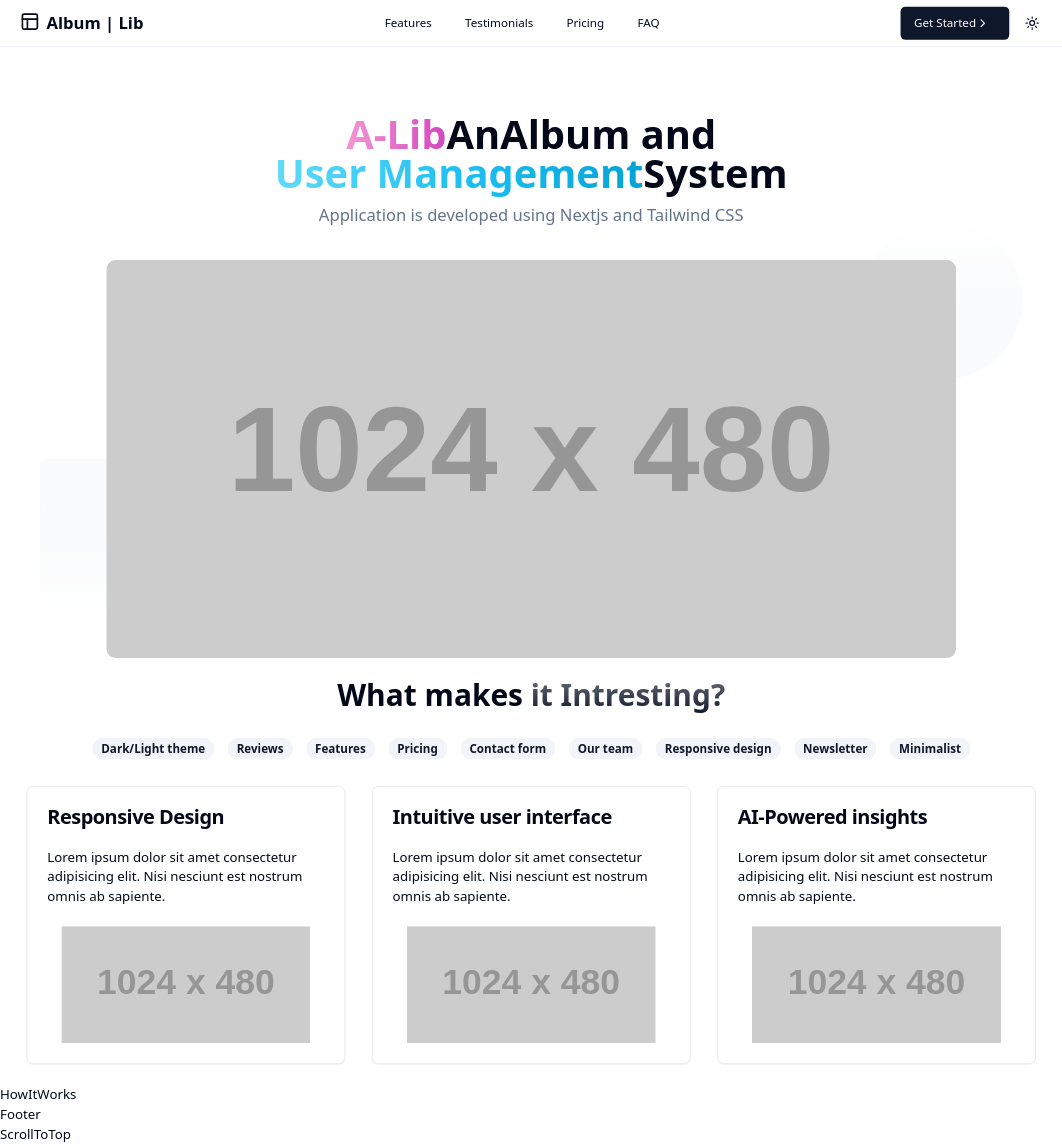
Repository: DevLaukey/savannah-informatics-test
Page: /
These files come from the project's save history. The page is drawn as it stood at one moment and after the next save; the edit follows.
The browser window is 1280 px wide. The pictures show the whole page, at 83% of full size.
The project was rebuilt for these pictures with package versions that can differ from the ones it lists, and the page was loaded fresh each time. The framework's server and built-in components were replaced by stand-ins that run in the browser. Also part of the build but not shown: next.config.mjs.

Above is the page before, as saved 2024-06-04 22:26:21.

### app/layout.jsx
import "./globals.css";
import { Inter as FontSans } from "next/font/google";

import { cn } from "@/lib/utils";
import { ThemeProvider } from "@/lib/theme-provider";

const fontSans = FontSans({
  subsets: ["latin"],
  variable: "--font-sans",
});

export default function RootLayout({ children }) {
  return (
    <html lang="en" suppressHydrationWarning>
      <head />
      <body
        className={cn(
          "min-h-screen bg-background font-sans antialiased",
          fontSans.variable
        )}
      >
        <ThemeProvider
          attribute="class"
          defaultTheme="system"
          enableSystem
          disableTransitionOnChange
        >
          {children}
        </ThemeProvider>
      </body>
    </html>
  );
}

### app/page.jsx
import Footer from "@/components/Footer";
import About from "@/components/landing-page/About";
import Hero from "@/components/landing-page/Hero";
import HowItWorks from "@/components/landing-page/HowItWorks";
import Navbar from "@/components/Navbar";
import ScrollToTop from "@/components/ScrollToTop";


// this is the landing page
export default function Home() {
  return (
    <>
      <Navbar />
      <Hero />
      <About />
      <HowItWorks />
      <Footer />
      <ScrollToTop />
    </>
  );
}

### components/landing-page/About.jsx
import { Badge } from "@/components/ui/badge";
import {
  Card,
  CardContent,
  CardFooter,
  CardHeader,
  CardTitle,
} from "@/components/ui/card";

const features = [
  {
    title: "Responsive Design",
    description:
      "Lorem ipsum dolor sit amet consectetur adipisicing elit. Nisi nesciunt est nostrum omnis ab sapiente.",
    image: "https://placehold.co/1024x480",
  },
  {
    title: "Intuitive user interface",
    description:
      "Lorem ipsum dolor sit amet consectetur adipisicing elit. Nisi nesciunt est nostrum omnis ab sapiente.",
    image: "https://placehold.co/1024x480",
  },
  {
    title: "AI-Powered insights",
    description:
      "Lorem ipsum dolor sit amet consectetur adipisicing elit. Nisi nesciunt est nostrum omnis ab sapiente.",
    image: "https://placehold.co/1024x480",
  },
];

const featureList = [
  "Dark/Light theme",
  "Reviews",
  "Features",
  "Pricing",
  "Contact form",
  "Our team",
  "Responsive design",
  "Newsletter",
  "Minimalist",
];

export const About = () => {
  return (
    <section id="features" className="container py-4 sm:py-6 space-y-8">
      <h2 className="text-3xl lg:text-4xl font-bold md:text-center">

        What makes {""}
        <span className="bg-gradient-to-b from-primary/60 to-primary text-transparent bg-clip-text">
          it Intresting?
        </span>
      </h2>

      <div className="flex flex-wrap md:justify-center gap-4">
        {featureList.map((feature) => (
          <div key={feature}>
            <Badge variant="secondary" className="text-sm">
              {feature}
            </Badge>
          </div>
        ))}
      </div>

      <div className="grid md:grid-cols-2 lg:grid-cols-3 gap-8">
        {features.map(({ title, description, image }) => (
          <Card key={title}>
            <CardHeader>
              <CardTitle>{title}</CardTitle>
            </CardHeader>

            <CardContent>{description}</CardContent>

            <CardFooter>
              <img
                src={image}
                alt="About feature"
                className="w-[200px] lg:w-[300px] mx-auto"
              />
            </CardFooter>
          </Card>
        ))}
      </div>
    </section>
  );
};

export default About;

### components/landing-page/Hero.jsx
const Hero = () => {
  return (
    <>
      {/* Hero */}
      <div className="relative overflow-hidden pt-14 lg:pt-20">
        <div className="container">
          <div className="max-w-2xl text-center mx-auto">
            <main className="text-3xl md:text-5xl font-bold">
              <h1 className="inline-block">
                <span className="inline bg-gradient-to-r from-[#F596D3] to-[#D247BF] text-transparent bg-clip-text">
                  A-Lib
                </span>
                An
              </h1>
              Album and
              <h2 className="inline-block">
                <span className="inline bg-gradient-to-r from-[#61DAFB] via-[#1fc0f1] to-[#03a3d7] text-transparent bg-clip-text">
                  User Management
                </span>
                System
              </h2>
            </main>

            <p className="mt-3 text-xl text-muted-foreground">
              Application is developed using Nextjs and Tailwind CSS
            </p>
          </div>
          <div className="mt-10 relative max-w-5xl mx-auto">
            <img
              src="https://placehold.co/1024x480"
              className="rounded-xl"
              alt="Image Description"
            />
            <div className="absolute bottom-12 -start-20 -z-[1] w-48 h-48 bg-gradient-to-b from-primary-foreground via-primary-foreground to-background p-px rounded-lg">
              <div className="w-48 h-48 rounded-lg bg-background/10" />
            </div>
            <div className="absolute -top-12 -end-20 -z-[1] w-48 h-48 bg-gradient-to-t from-primary-foreground via-primary-foreground to-background p-px rounded-full">
              <div className="w-48 h-48 rounded-full bg-background/10" />
            </div>
          </div>
        </div>
      </div>
      {/* End Hero */}
    </>
  );
};

export default Hero;

### components/landing-page/HowItWorks.jsx
import React from 'react'

function HowItWorks() {
  return (
    <div>HowItWorks</div>
  )
}

export default HowItWorks

### components/Navbar.jsx
"use client";
import React, { useState } from "react";
import {
  NavigationMenu,
  NavigationMenuItem,
  NavigationMenuList,
} from "@/components/ui/navigation-menu";
import {
  Sheet,
  SheetContent,
  SheetHeader,
  SheetTitle,
  SheetTrigger,
} from "@/components/ui/sheet";
import { Button, buttonVariants } from "./ui/button";
import { ChevronRight, Menu } from "lucide-react";
import ModeToggle from "./mode-toggle";
import { LogoIcon } from "./Icons";

const routeList = [
  {
    href: "#features",
    label: "Features",
  },
  {
    href: "#testimonials",
    label: "Testimonials",
  },
  {
    href: "#pricing",
    label: "Pricing",
  },
  {
    href: "#faq",
    label: "FAQ",
  },
];

const Navbar = () => {
  const [isOpen, setIsOpen] = useState(false);
  return (
    <header className="sticky border-b-[1px] top-0 z-40 w-full bg-white dark:border-b-slate-700 dark:bg-background">
      <NavigationMenu className="mx-auto">
        <NavigationMenuList className="container h-14 px-4 w-screen flex justify-between">
          <NavigationMenuItem className="font-bold flex">
            <a
              rel="noreferrer noopener"
              href="/"
              className="ml-2 font-bold text-xl flex"
            >
              <LogoIcon />
              Album | Lib
            </a>
          </NavigationMenuItem>

          {/* mobile */}
          <span className="flex md:hidden">
            <ModeToggle />

            <Sheet open={isOpen} onOpenChange={setIsOpen}>
              <SheetTrigger className="px-2">
                <Menu
                  className="flex md:hidden h-5 w-5"
                  onClick={() => setIsOpen(true)}
                >
                  <span className="sr-only">Menu Icon</span>
                </Menu>
              </SheetTrigger>

              <SheetContent side={"left"}>
                <SheetHeader>
                  <SheetTitle className="font-bold text-xl">
                    Shadcn/React
                  </SheetTitle>
                </SheetHeader>
                <nav className="flex flex-col justify-center items-center gap-2 mt-4">
                  {routeList.map(({ href, label }) => (
                    <a
                      rel="noreferrer noopener"
                      key={label}
                      href={href}
                      onClick={() => setIsOpen(false)}
                      className={buttonVariants({ variant: "ghost" })}
                    >
                      {label}
                    </a>
                  ))}
                  <Button>
                    Get Started
                    <ChevronRight className="mr-2 h-4 w-4" />
                  </Button>
                </nav>
              </SheetContent>
            </Sheet>
          </span>

          {/* desktop */}
          <nav className="hidden md:flex gap-2">
            {routeList.map((route, i) => (
              <a
                rel="noreferrer noopener"
                href={route.href}
                key={i}
                className={`text-[17px] ${buttonVariants({
                  variant: "ghost",
                })}`}
              >
                {route.label}
              </a>
            ))}
          </nav>

          <div className="hidden md:flex gap-2">
            <Button>
              Get Started
              <ChevronRight className="mr-2 h-4 w-4" />
            </Button>
            <ModeToggle />
          </div>
        </NavigationMenuList>
      </NavigationMenu>
    </header>
  );
};
export default Navbar;

### components/ScrollToTop.jsx
import React from 'react'

function ScrollToTop() {
  return (
    <div>ScrollToTop</div>
  )
}

export default ScrollToTop

### components/ui/badge.jsx
import * as React from "react"
import { cva } from "class-variance-authority";

import { cn } from "@/lib/utils"

const badgeVariants = cva(
  "inline-flex items-center rounded-full border px-2.5 py-0.5 text-xs font-semibold transition-colors focus:outline-none focus:ring-2 focus:ring-ring focus:ring-offset-2",
  {
    variants: {
      variant: {
        default:
          "border-transparent bg-primary text-primary-foreground hover:bg-primary/80",
        secondary:
          "border-transparent bg-secondary text-secondary-foreground hover:bg-secondary/80",
        destructive:
          "border-transparent bg-destructive text-destructive-foreground hover:bg-destructive/80",
        outline: "text-foreground",
      },
    },
    defaultVariants: {
      variant: "default",
    },
  }
)

function Badge({
  className,
  variant,
  ...props
}) {
  return (<div className={cn(badgeVariants({ variant }), className)} {...props} />);
}

export { Badge, badgeVariants }

### components/ui/card.jsx
import * as React from "react"

import { cn } from "@/lib/utils"

const Card = React.forwardRef(({ className, ...props }, ref) => (
  <div
    ref={ref}
    className={cn("rounded-lg border bg-card text-card-foreground shadow-sm", className)}
    {...props} />
))
Card.displayName = "Card"

const CardHeader = React.forwardRef(({ className, ...props }, ref) => (
  <div
    ref={ref}
    className={cn("flex flex-col space-y-1.5 p-6", className)}
    {...props} />
))
CardHeader.displayName = "CardHeader"

const CardTitle = React.forwardRef(({ className, ...props }, ref) => (
  <h3
    ref={ref}
    className={cn("text-2xl font-semibold leading-none tracking-tight", className)}
    {...props} />
))
CardTitle.displayName = "CardTitle"

const CardDescription = React.forwardRef(({ className, ...props }, ref) => (
  <p
    ref={ref}
    className={cn("text-sm text-muted-foreground", className)}
    {...props} />
))
CardDescription.displayName = "CardDescription"

const CardContent = React.forwardRef(({ className, ...props }, ref) => (
  <div ref={ref} className={cn("p-6 pt-0", className)} {...props} />
))
CardContent.displayName = "CardContent"

const CardFooter = React.forwardRef(({ className, ...props }, ref) => (
  <div
    ref={ref}
    className={cn("flex items-center p-6 pt-0", className)}
    {...props} />
))
CardFooter.displayName = "CardFooter"

export { Card, CardHeader, CardFooter, CardTitle, CardDescription, CardContent }

### components/ui/sheet.jsx
"use client";
import * as React from "react"
import * as SheetPrimitive from "@radix-ui/react-dialog"
import { cva } from "class-variance-authority";
import { X } from "lucide-react"

import { cn } from "@/lib/utils"

const Sheet = SheetPrimitive.Root

const SheetTrigger = SheetPrimitive.Trigger

const SheetClose = SheetPrimitive.Close

const SheetPortal = SheetPrimitive.Portal

const SheetOverlay = React.forwardRef(({ className, ...props }, ref) => (
  <SheetPrimitive.Overlay
    className={cn(
      "fixed inset-0 z-50 bg-black/80  data-[state=open]:animate-in data-[state=closed]:animate-out data-[state=closed]:fade-out-0 data-[state=open]:fade-in-0",
      className
    )}
    {...props}
    ref={ref} />
))
SheetOverlay.displayName = SheetPrimitive.Overlay.displayName

const sheetVariants = cva(
  "fixed z-50 gap-4 bg-background p-6 shadow-lg transition ease-in-out data-[state=open]:animate-in data-[state=closed]:animate-out data-[state=closed]:duration-300 data-[state=open]:duration-500",
  {
    variants: {
      side: {
        top: "inset-x-0 top-0 border-b data-[state=closed]:slide-out-to-top data-[state=open]:slide-in-from-top",
        bottom:
          "inset-x-0 bottom-0 border-t data-[state=closed]:slide-out-to-bottom data-[state=open]:slide-in-from-bottom",
        left: "inset-y-0 left-0 h-full w-3/4 border-r data-[state=closed]:slide-out-to-left data-[state=open]:slide-in-from-left sm:max-w-sm",
        right:
          "inset-y-0 right-0 h-full w-3/4  border-l data-[state=closed]:slide-out-to-right data-[state=open]:slide-in-from-right sm:max-w-sm",
      },
    },
    defaultVariants: {
      side: "right",
    },
  }
)

const SheetContent = React.forwardRef(({ side = "right", className, children, ...props }, ref) => (
  <SheetPortal>
    <SheetOverlay />
    <SheetPrimitive.Content ref={ref} className={cn(sheetVariants({ side }), className)} {...props}>
      {children}
      <SheetPrimitive.Close
        className="absolute right-4 top-4 rounded-sm opacity-70 ring-offset-background transition-opacity hover:opacity-100 focus:outline-none focus:ring-2 focus:ring-ring focus:ring-offset-2 disabled:pointer-events-none data-[state=open]:bg-secondary">
        <X className="h-4 w-4" />
        <span className="sr-only">Close</span>
      </SheetPrimitive.Close>
    </SheetPrimitive.Content>
  </SheetPortal>
))
SheetContent.displayName = SheetPrimitive.Content.displayName

const SheetHeader = ({
  className,
  ...props
}) => (
  <div
    className={cn("flex flex-col space-y-2 text-center sm:text-left", className)}
    {...props} />
)
SheetHeader.displayName = "SheetHeader"

const SheetFooter = ({
  className,
  ...props
}) => (
  <div
    className={cn("flex flex-col-reverse sm:flex-row sm:justify-end sm:space-x-2", className)}
    {...props} />
)
SheetFooter.displayName = "SheetFooter"

const SheetTitle = React.forwardRef(({ className, ...props }, ref) => (
  <SheetPrimitive.Title
    ref={ref}
    className={cn("text-lg font-semibold text-foreground", className)}
    {...props} />
))
SheetTitle.displayName = SheetPrimitive.Title.displayName

const SheetDescription = React.forwardRef(({ className, ...props }, ref) => (
  <SheetPrimitive.Description
    ref={ref}
    className={cn("text-sm text-muted-foreground", className)}
    {...props} />
))
SheetDescription.displayName = SheetPrimitive.Description.displayName

export {
  Sheet,
  SheetPortal,
  SheetOverlay,
  SheetTrigger,
  SheetClose,
  SheetContent,
  SheetHeader,
  SheetFooter,
  SheetTitle,
  SheetDescription,
}

### components/ui/button.jsx
import * as React from "react"
import { Slot } from "@radix-ui/react-slot"
import { cva } from "class-variance-authority";

import { cn } from "@/lib/utils"

const buttonVariants = cva(
  "inline-flex items-center justify-center whitespace-nowrap rounded-md text-sm font-medium ring-offset-background transition-colors focus-visible:outline-none focus-visible:ring-2 focus-visible:ring-ring focus-visible:ring-offset-2 disabled:pointer-events-none disabled:opacity-50",
  {
    variants: {
      variant: {
        default: "bg-primary text-primary-foreground hover:bg-primary/90",
        destructive:
          "bg-destructive text-destructive-foreground hover:bg-destructive/90",
        outline:
          "border border-input bg-background hover:bg-accent hover:text-accent-foreground",
        secondary:
          "bg-secondary text-secondary-foreground hover:bg-secondary/80",
        ghost: "hover:bg-accent hover:text-accent-foreground",
        link: "text-primary underline-offset-4 hover:underline",
      },
      size: {
        default: "h-10 px-4 py-2",
        sm: "h-9 rounded-md px-3",
        lg: "h-11 rounded-md px-8",
        icon: "h-10 w-10",
      },
    },
    defaultVariants: {
      variant: "default",
      size: "default",
    },
  }
)

const Button = React.forwardRef(({ className, variant, size, asChild = false, ...props }, ref) => {
  const Comp = asChild ? Slot : "button"
  return (
    (<Comp
      className={cn(buttonVariants({ variant, size, className }))}
      ref={ref}
      {...props} />)
  );
})
Button.displayName = "Button"

export { Button, buttonVariants }

### components/mode-toggle.jsx
import React from "react";
import { Button } from "@/components/ui/button";
import {
  DropdownMenu,
  DropdownMenuContent,
  DropdownMenuItem,
  DropdownMenuTrigger,
} from "@/components/ui/dropdown-menu";
import { useTheme } from "@/lib/theme-provider";
import { Moon, Sun } from "lucide-react";

export default function ModeToggle() {
  const { setTheme } = useTheme();

  return (
    <DropdownMenu>
      <DropdownMenuTrigger asChild>
        <Button variant="ghost" size="icon" className="ghost">
          <Sun className="h-[1.1rem] w-[1.2rem] rotate-0 scale-100 transition-all dark:-rotate-90 dark:scale-0" />
          <Moon className="absolute h-[1.1rem] w-[1.2rem] rotate-90 scale-0 transition-all dark:rotate-0 dark:scale-100" />
          <span className="sr-only">Toggle theme</span>
        </Button>
      </DropdownMenuTrigger>
      <DropdownMenuContent align="end">
        <DropdownMenuItem onClick={() => setTheme("light")}>
          Light
        </DropdownMenuItem>
        <DropdownMenuItem onClick={() => setTheme("dark")}>
          Dark
        </DropdownMenuItem>
        <DropdownMenuItem onClick={() => setTheme("system")}>
          System
        </DropdownMenuItem>
      </DropdownMenuContent>
    </DropdownMenu>
  );
}

### components/Icons.jsx
export const LogoIcon = () => {
  return (
    <svg
      xmlns="http://www.w3.org/2000/svg"
      viewBox="0 0 24 24"
      fill="none"
      stroke="currentColor"
      strokeWidth="2"
      strokeLinecap="round"
      strokeLinejoin="round"
      className="lucide lucide-panels-top-left mr-2 w-6 h-6"
    >
      <rect width="18" height="18" x="3" y="3" rx="2" />
      <path d="M3 9h18" />
      <path d="M9 21V9" />
    </svg>
  );
};

Loaded but not shown: app/globals.css (common file); lib/utils.js (common file); components/Footer.jsx (common file); tailwind.config.js (82 lines, source omitted); lib/theme-provider.js (60 lines, source omitted); components/ui/dropdown-menu.jsx (157 lines, source omitted); components/ui/navigation-menu.jsx (104 lines, source omitted)

After the next save:
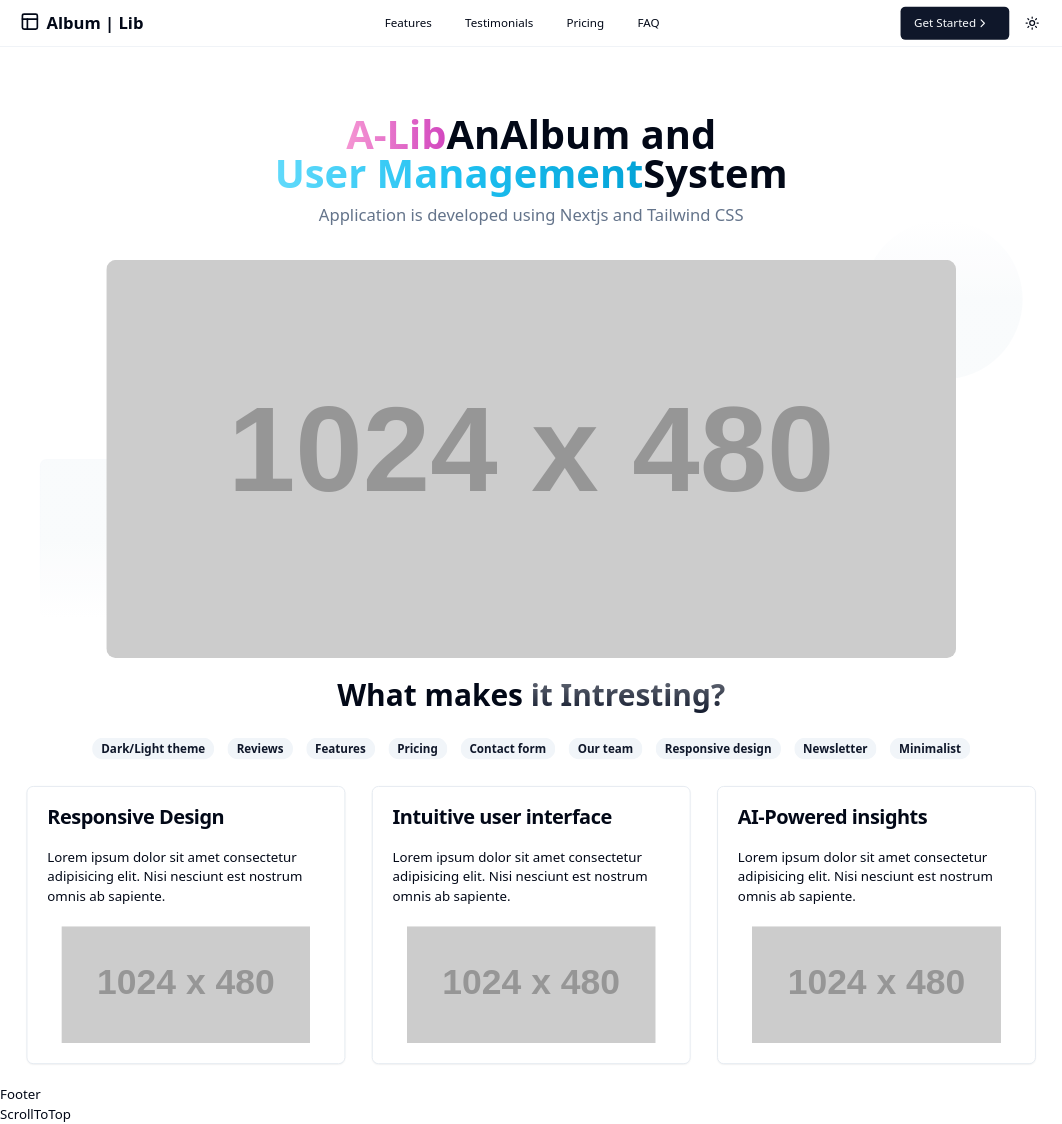
Saved 2 min 22 s later.
--- a/app/page.jsx
+++ b/app/page.jsx
@@ -1,7 +1,6 @@
 import Footer from "@/components/Footer";
 import About from "@/components/landing-page/About";
 import Hero from "@/components/landing-page/Hero";
-import HowItWorks from "@/components/landing-page/HowItWorks";
 import Navbar from "@/components/Navbar";
 import ScrollToTop from "@/components/ScrollToTop";
 
@@ -13,7 +12,6 @@ export default function Home() {
       <Navbar />
       <Hero />
       <About />
-      <HowItWorks />
       <Footer />
       <ScrollToTop />
     </>
